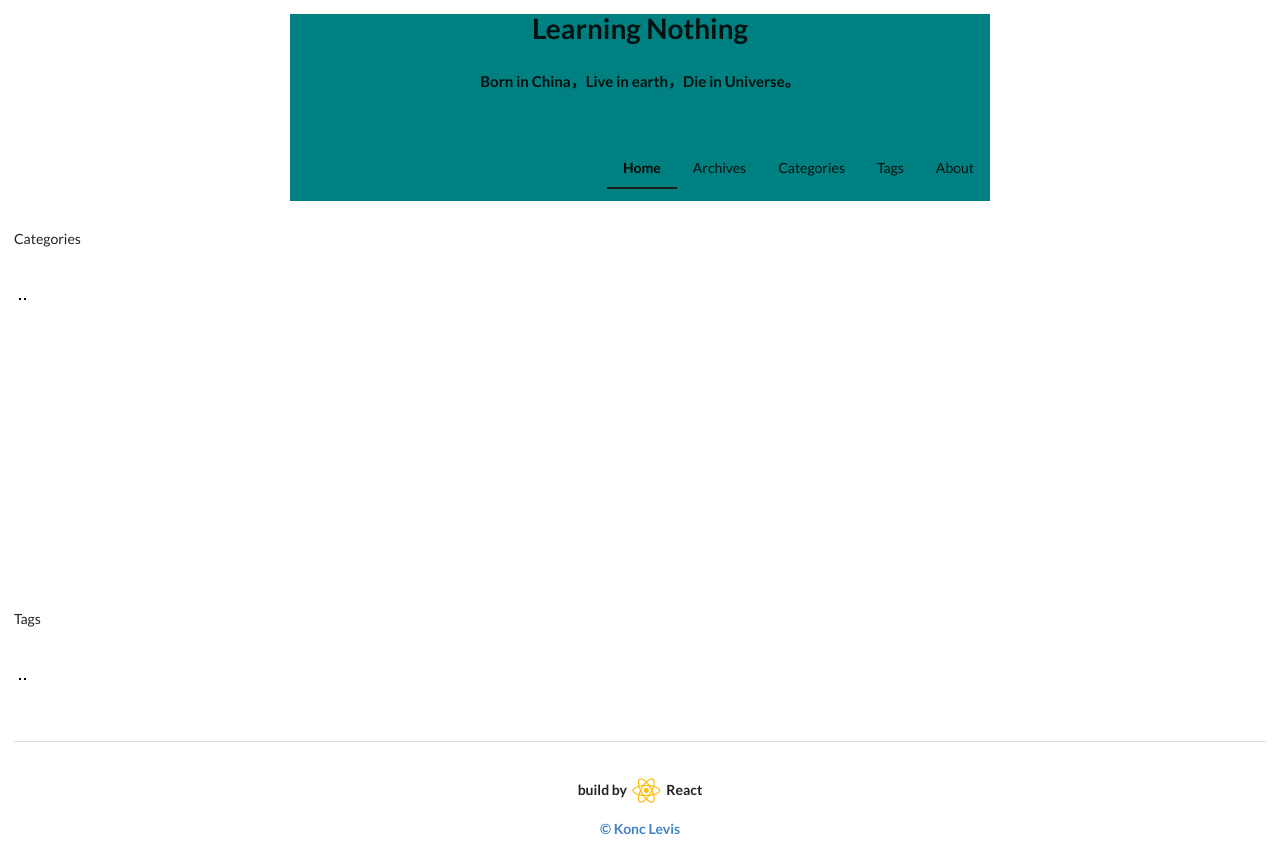
Repository: chu4j/my-spring-cloud-blog-frontend
Page: /
The author's editor kept a copy of each file at every save. The page is drawn from the files as they stood at one save, then again after the next save.
The browser window is 1280 px wide. The pictures show the whole page.
The page's requests for data from a server got no answer. The project was rebuilt for these pictures with package versions that can differ from the ones it lists, and the page was loaded fresh each time. No one was signed in, and anything a server would have sent is missing. Also part of the build but not shown: src/components/Categories.jsx, src/components/FocusContent.jsx, src/css/App.css, src/components/owner/LoginForm.jsx, src/components/Tags.jsx, src/components/Timeline.jsx, src/components/TimelineHome.jsx.

Above is the page before, as saved 2021-02-24 11:46:29.

### src/index.js
import React from 'react';
import ReactDOM from 'react-dom';
import { BrowserRouter } from 'react-router-dom';
import 'semantic-ui-css/semantic.min.css';
import './css/index.css';
import BlogRouter from './router/Router';
import  'github-markdown-css';
ReactDOM.render(<
    BrowserRouter forceRefresh={true} >
    <BlogRouter />
</BrowserRouter>,
    document.getElementById('root')
);

### src/css/index.css
body {
  margin: 1em;
  -webkit-font-smoothing: antialiased;
  -moz-osx-font-smoothing: grayscale;
}

code {
  font-family: source-code-pro, Menlo, Monaco, Consolas, "Courier New",
    monospace;
}

.post-container {
  padding: 2px;
  border-radius: 0.5em;
}

.post-title {
  color: #010101;
}

.post-title:hover {
  color: #010101;
  text-decoration: underline;
}

/*animate*/

.posts-appear {
  opacity: 0;
}

.posts-enter {
  opacity: 1;
  transform: scale(0.95);
}

.posts-enter-active {
  opacity: 1;
  transform: translateX(0);
  transition: opacity 300ms, transform 200ms;
}

.posts-exit {
  opacity: 1;
  transform: scale(0.9);
}

.posts-exit-active {
  opacity: 0;
  transform: translateX(0);
  transition: opacity 300ms, transform 200ms;
}

.post-container pre code {

}
.common-label {
  display: inline-block;
  margin: 5px;
  padding: 2px;
  color: #010101;
  border-bottom: 2px dotted #010101;
  border-radius: 0;
}
.common-label-container{
  min-height: 280px;
}

### src/router/Router.jsx
import { Route, Switch } from "react-router-dom";
import Categories from "../components/Categories";
import FocusPostComponent from "../components/FocusContent";
import Home from "../components/Home";
import LoginForm from "../components/owner/LoginForm";
import Tags from "../components/Tags";
import MyTimeline from "../components/Timeline";
import TimelineHome from "../components/TimelineHome";
export default function BlogRouter() {
  return (
    <Switch>
      <Route path="/" exact>
        <Home />
      </Route>
      <Route path="/owner/login" exact>
        <LoginForm />
      </Route>
      <Route path="/category/:name" exact>
        <Home />
      </Route>
      <Route path="/tag/:name" exact>
        <Home />
      </Route>
      <Route path="/posts/page/:pageNumber">
        <Home />
      </Route>
      <Route path="/category/:name/page/:pageNumber">
        <Home />
      </Route>
      <Route path="/tag/:name/page/:pageNumber">
        <Home />
      </Route>
      <Route path="/post/:postId" exact>
        <FocusPostComponent />
      </Route>
      <Route path="/categories" exact>
        <Categories />
      </Route>
      <Route path="/tags" exact>
        <Tags />
      </Route>
      <Route path="/posts/timeline" exact>
        <TimelineHome />
      </Route>
      <Route path="/posts/timeline/page/:pageNumber" exact>
        <TimelineHome />
      </Route>
    </Switch>
  );
}

### src/components/Home.jsx
import { React, useEffect, useState } from "react";
import { useParams, useRouteMatch } from "react-router-dom";
import "../css/App.css";
import { ServerHost } from "./AppConfig";
import BlogLayout from "./BlogLayout";
import CategoryComponent from "./CategoryComponent";
import ContentComponent from "./Content";
import TagComponent from "./TagComponent";
async function getArchive(path) {
  const axios = require("axios").default;
  if (null == path) {
    return axios.get(ServerHost + "/v1/api/archive").then((res) => res.data);
  } else {
    return axios.get(path).then((res) => res.data);
  }
}
function countPath(router, name, pageNumber) {
  let requestUrl = "";
  let pagePrefix = "";
  const path = router.path;
  switch (path) {
    case "/":
      requestUrl = ServerHost + "/v1/api/archive";
      pagePrefix = "/posts/page/";
      break;
    case "/category/:name":
      requestUrl = ServerHost + "/v1/api/category/" + name;
      pagePrefix = "/category/" + name + "/page/";
      break;
    case "/category/:name/page/:pageNumber":
      requestUrl =
        ServerHost + "/v1/api/category/" + name + "?page=" + pageNumber;
      pagePrefix = "/category/" + name + "/page/";
      break;
    case "/tag/:name":
      requestUrl = ServerHost + "/v1/api/tag/" + name;
      pagePrefix = "/tag/" + name + "/page/";
      break;
    case "/tag/:name/page/:pageNumber":
      requestUrl = ServerHost + "/v1/api/tag/" + name + "?page=" + pageNumber;
      pagePrefix = "/tag/" + name + "/page/";
      break;
    case "/posts/page/:pageNumber":
      requestUrl = ServerHost + "/v1/api/archive?page=" + pageNumber;
      pagePrefix = "/posts/page/";
      break;
    default:
      break;
  }
  return { requestUrl, pagePrefix };
}
export default function Home() {
  let { name, pageNumber } = useParams();
  const router = useRouteMatch();
  console.log("router:" + JSON.stringify(router) + " type:" + typeof router);
  const params = countPath(router, name, pageNumber);
  console.log("returnPath:" + params.requestUrl);
  let activePage = 1;
  if (null != pageNumber && undefined != pageNumber) activePage = pageNumber;
  const [response, setData] = useState({});
  useEffect(() => {
    getArchive(params.requestUrl).then((res) => {
      setData(res);
    });
  }, []);
  return (
    <BlogLayout
      CategoryComponent={<CategoryComponent />}
      TagComponent={<TagComponent />}
      ContentComponent={
        <ContentComponent
          response={response}
          activePage={activePage}
          pagePrefix={params.pagePrefix}
        />
      }
      style={{ margin: 0, padding: 0 }}
    />
  );
}

### src/components/BlogLayout.jsx
import { Grid } from "semantic-ui-react";
import "../css/index.css";
import Header from "./BlogHeader";
import DivRow from "./Common";
import Footer from "./Footer";
export default function BlogLayout(props) {
  return (
    <div className="customBackground">
      <Grid stackable>
        <Grid.Row columns={1}>
          <Header />
        </Grid.Row>
        <Grid.Row>
          {props.CategoryComponent && props.TagComponent && (
            <Grid.Column width={3}>
              {props.CategoryComponent}
              <DivRow />
              <DivRow />
              <DivRow />
              {props.TagComponent}
            </Grid.Column>
          )}
          {props.CategoryComponent &&
          props.TagComponent &&
          props.ContentComponent ? (
            <Grid.Column width={12}>{props.ContentComponent}</Grid.Column>
          ) : (
            <Grid.Column width={16}>{props.ContentComponent}</Grid.Column>
          )}
        </Grid.Row>
        <Grid.Row columns={1}>
          <Grid.Column>
            <Footer />
          </Grid.Column>
        </Grid.Row>
      </Grid>
    </div>
  );
}

### src/components/CategoryComponent.jsx
import React, { Component } from "react";
import { ServerHost } from "./AppConfig";
import DivRow from "./Common";
class CategoryComponent extends Component {
  state = {
    data: [{}],
  };
  componentDidMount() {
    const axois = require("axios").default;
    axois
      .get(ServerHost + "/v1/api/category/statistics/count")
      .then((res) => {
        const data = res.data;
        this.setState({ data: data });
      })
      .catch((error) => {
        console.log(error);
      });
    console.log("category card render");
  }
  render() {
    return (
      <>
        <span>Categories</span>
        <DivRow />
        <div className="common-label-container">
          {this.state.data.map((e, index) => (
            <a key={index} href={"/category/" + e.value} className="common-label">
              {e.value}
              &nbsp;
              {e.count}
            </a>
          ))}
        </div>
      </>
    );
  }
}
export default CategoryComponent;

### src/components/AppConfig.jsx
export const ServerHost = "http://localhost:9000";

### src/components/Content.jsx
import { React, useEffect, useState } from "react";
import { useHistory, withRouter } from "react-router-dom";
import { CSSTransition } from "react-transition-group";
import { Container, Grid, Header, Icon, Pagination } from "semantic-ui-react";
import DivRow from "./Common";

function ContentComponent(props) {
  const hljs = require("highlight.js");
  const [showComponent, setShowComponent] = useState(false);
  console.log("state : " + showComponent);
  useEffect(() => {
    let time = setTimeout(() => setShowComponent(true), 100);
    hljs.highlightAll();
    return () => {
      clearTimeout(time);
    };
  }, []);
  const history = useHistory();
  const handlePaginationClick = (e, { activePage }) => {
    const url = props.pagePrefix + activePage;
    history.push(url);
  };
  return (
    <>
      <CSSTransition
        in={showComponent}
        classNames="posts"
        timeout={200}
        unmountOnExit
      >
        <Container fluid>
          {props.response.list &&
            props.response.list.map((a, index) => (
              <div
                className="post-container"
                style={index > 0 ? { marginTop: "20px" } : {}}
              >
                <Header as="h1" textAlign="center">
                  <a href={"/post/" + a.serialNumber} className="post-title">
                    {a.title}
                  </a>
                </Header>
                {
                  <div
                    className="markdown-body"
                    dangerouslySetInnerHTML={{ __html: a.content }}
                  ></div>
                }

                <DivRow />
                {a.category && a.tag && (
                  <>
                    <Container fluid>
                      <Grid>
                        <Grid.Row>
                          <Grid.Column width={5}>
                            {a.category.map((c, index) => (
                              <>
                                {" "}
                                <div key={index}>
                                  <span>
                                    <Icon name="linkify" color="blue" />
                                    <a
                                      href={"/category/" + c.category}
                                      style={{ fontWeight: "900" }}
                                    >
                                      {c.category}
                                    </a>
                                  </span>
                                </div>
                              </>
                            ))}
                          </Grid.Column>

                          <Grid.Column width={11}>
                            {a.tag.map((t, index) => (
                              <>
                                {" "}
                                <span key={index}>
                                  <Icon name="hashtag" color="yellow" />
                                  <a
                                    href={"/tag/" + t.tag}
                                    style={{ fontWeight: "900" }}
                                  >
                                    {t.tag}
                                  </a>
                                </span>
                              </>
                            ))}
                          </Grid.Column>
                        </Grid.Row>
                      </Grid>
                    </Container>
                  </>
                )}
                <DivRow />
                <DivRow />
              </div>
            ))}
          {props.response.totalPage > 1 && props.activePage && (
            <Container fluid textAlign="center" style={{ marginTop: "2em" }}>
              <Pagination
                totalPages={props.response.totalPage}
                firstItem={null}
                lastItem={null}
                pointing
                secondary
                activePage={props.activePage}
                onPageChange={handlePaginationClick}
              />
            </Container>
          )}
          {props.focus && props.response.list && (
            <div style={{ marginTop: "1em" }}>
              <Grid stackable>
                <Grid.Row>
                  <Grid.Column width={8}>
                    {props.response.list.map((e, index) => (
                      <>
                        {e.previous && (
                          <a
                            key={index}
                            href={"/post/" + e.previous.serialNumber}
                            style={{ fontWeight: "900" }}
                          >
                            <Icon name="angle left" size="big"></Icon>
                            &nbsp;&nbsp;{e.previous.title}
                          </a>
                        )}
                      </>
                    ))}
                  </Grid.Column>
                  <Grid.Column width={8} textAlign="right">
                    {props.response.list.map((e, index) => (
                      <>
                        {e.next && (
                          <a
                            key={index}
                            href={"/post/" + e.next.serialNumber}
                            style={{ fontWeight: "900" }}
                          >
                            {e.next.title}&nbsp;&nbsp;
                            <Icon name="angle right" size="big"></Icon>
                          </a>
                        )}
                      </>
                    ))}
                  </Grid.Column>
                </Grid.Row>
              </Grid>
            </div>
          )}
        </Container>
      </CSSTransition>
    </>
  );
}
export default withRouter(ContentComponent);

### src/components/TagComponent.jsx
import React, { Component } from "react";
import { ServerHost } from "./AppConfig";
import DivRow from "./Common";
class TagComponent extends Component {
  state = {
    data: [{}],
  };
  componentDidMount() {
    const axois = require("axios").default;
    axois
      .get(ServerHost + "/v1/api/tag/statistics/count")
      .then((res) => {
        const data = res.data;
        this.setState({ data: data });
      })
      .catch((error) => {
        console.error(error);
      });
  }
  render() {
    return (
      <>
        <span>Tags</span>
        <DivRow />
        <div>
          {this.state.data.map((e, index) => (
            <a key={index} href={"/tag/" + e.value} className="common-label">
              {e.value}
              &nbsp;
              {e.count}
            </a>
          ))}
        </div>
      </>
    );
  }
}
export default TagComponent;

### src/components/Common.jsx
export default function DivRow() {
  return <div>&nbsp;</div>;
}

### src/components/BlogHeader.jsx
import React, { Component } from "react";
import { Container, Header, Menu, Visibility } from "semantic-ui-react";
const menuStyle = {
  border: "none",
  borderRadius: 0,
  boxShadow: "none",
  marginBottom: "1em",
  marginTop: "4em",
  transition: "box-shadow 0.5s ease, padding 0.5s ease",
};

const fixedMenuStyle = {
  backgroundColor: "#fff",
  border: "1px solid #ddd",
  boxShadow: "0px 3px 5px rgba(0, 0, 0, 0.2)",
};

const overlayStyle = {
  float: "left",
  margin: "0em 3em 1em 0em",
};

const overlayMenuStyle = {
  position: "relative",
  left: 0,
  transition: "left 0.5s ease",
};

class BlogHeader extends Component {
  state = {
    activeItem: "home",
    menuFixed: false,
    overlayFixed: false,
  };
  stickOverlay = () => this.setState({ overlayFixed: true });

  stickTopMenu = () => this.setState({ menuFixed: true });

  unStickOverlay = () => this.setState({ overlayFixed: false });

  unStickTopMenu = () => this.setState({ menuFixed: false });

  handleItemClick = (e, { name }) => this.setState({ activeItem: name });
  render() {
    const { activeItem, menuFixed, overlayFixed, overlayRect } = this.state;
    return (
      <Container text style={{ backgroundColor: "teal" }}>
        <Header as="h1" content="Learning Nothing" textAlign="center" />
        <Header
          as="h4"
          content="Born in China，Live in earth，Die in Universe。"
          textAlign="center"
        />
        <Visibility
          onBottomPassed={this.stickTopMenu}
          onBottomVisible={this.unStickTopMenu}
          once={false}
        />
        <Menu
          borderless
          fixed={menuFixed ? "top" : undefined}
          style={menuFixed ? fixedMenuStyle : menuStyle}
          pointing
          secondary
          className="blog-header"
        >
          <Menu.Item
            as="a"
            name="home"
            active={activeItem === "home"}
            onClick={this.handleItemClick}
            position="right"
            link
            href="/"
          ></Menu.Item>
          <Menu.Item
            as="a"
            name="archives"
            active={activeItem === "archives"}
            onClick={this.handleItemClick}
            link
            href="/posts/timeline"
          />
          <Menu.Item
            as="a"
            name="categories"
            active={activeItem === "categories"}
            onClick={this.handleItemClick}
            link
            href="/categories"
          />
          <Menu.Item
            name="tags"
            active={activeItem === "tags"}
            onClick={this.handleItemClick}
            as="a"
            href="/tags"
          />
          <Menu.Item
            name="about"
            active={activeItem === "about"}
            onClick={this.handleItemClick}
          />
        </Menu>
        <Visibility
          offset={80}
          once={false}
          onTopPassed={this.stickOverlay}
          onTopVisible={this.unStickOverlay}
          style={overlayFixed ? { ...overlayStyle, ...overlayRect } : {}}
        />
      </Container>
    );
  }
}

export default BlogHeader;

### src/components/Footer.jsx
import { Component, React } from "react";
import { Divider, Icon } from "semantic-ui-react";
import DivRow from "./Common";

class Footer extends Component {
  render() {
    return (
      <div style={{ marginTop: "2em", textAlign: "center" }}>
        <Divider />
        <DivRow />
        <p style={{ fontWeight: "900" }}>
          build by <Icon name="react" color="yellow" size="big" />
          <b>React</b>
        </p>

        <a href="https://www.github.com/konchoo">
          <b>&copy;&nbsp;Konc Levis</b>
        </a>
      </div>
    );
  }
}
export default Footer;

Loaded but not shown: public/index.html (common file)

After the next save:
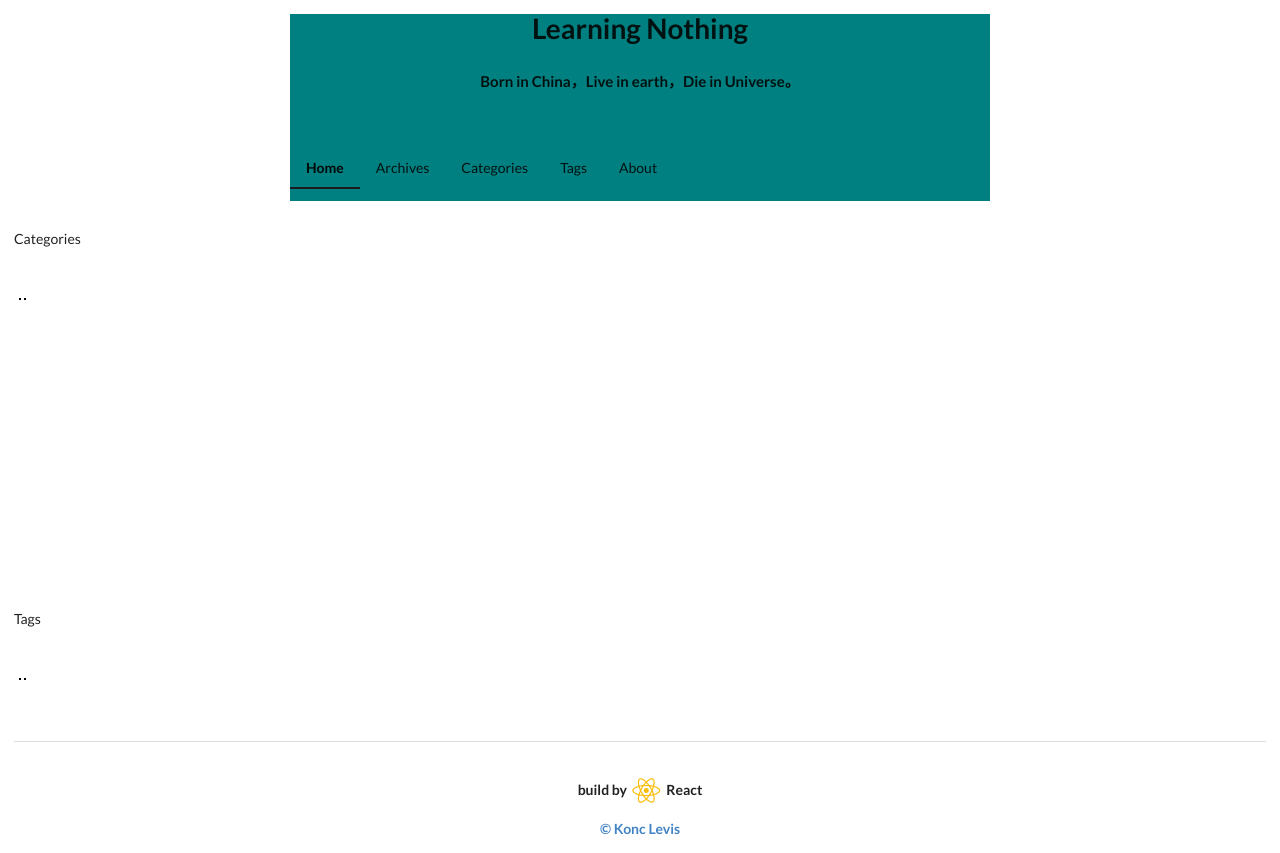
Saved 29 s later.
--- a/src/components/BlogHeader.jsx
+++ b/src/components/BlogHeader.jsx
@@ -69,7 +69,7 @@ class BlogHeader extends Component {
             name="home"
             active={activeItem === "home"}
             onClick={this.handleItemClick}
-            position="right"
+
             link
             href="/"
           ></Menu.Item>
